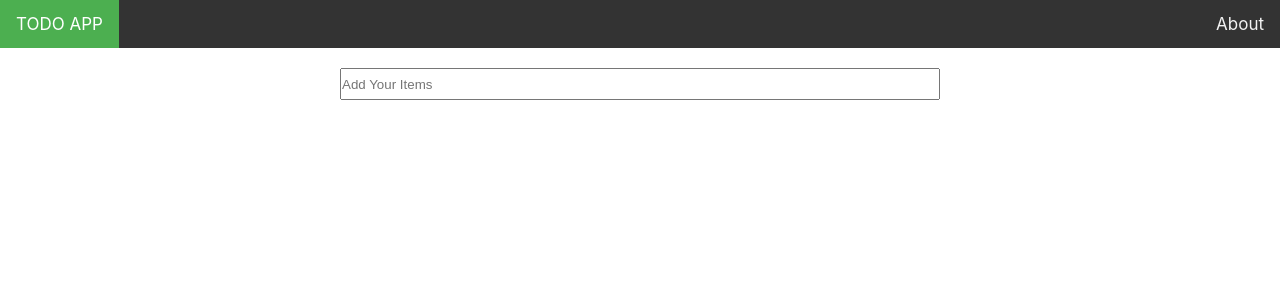
Repository: hoangphuong965/myTodoList
Page: /
An editor plug-in stored every save of this project. The page is shown before and after a run of saves, followed by the edit.
The browser window is 1280 px wide. The pictures show the whole page.
The project was rebuilt for these pictures with package versions that can differ from the ones it lists, and the page was loaded fresh each time. Also part of the build but not shown: src/components/TodoItems.js.

Above is the page before, as saved 2020-06-01 21:16:49.

### public/index.html
<!DOCTYPE html>
<html lang="en">
  <head>
    <meta charset="utf-8" />
    <link rel="icon" href="%PUBLIC_URL%/favicon.ico" />
    <meta name="viewport" content="width=device-width, initial-scale=1" />
    <meta name="theme-color" content="#000000" />
    <meta
      name="description"
      content="Web site created using create-react-app"
    />
    <link rel="apple-touch-icon" href="%PUBLIC_URL%/logo192.png" />
    <!--
      manifest.json provides metadata used when your web app is installed on a
      user's mobile device or desktop. See https://developers.google.com/web/fundamentals/web-app-manifest/
    -->
    <link rel="manifest" href="%PUBLIC_URL%/manifest.json" />
    <!--
      Notice the use of %PUBLIC_URL% in the tags above.
      It will be replaced with the URL of the `public` folder during the build.
      Only files inside the `public` folder can be referenced from the HTML.

      Unlike "/favicon.ico" or "favicon.ico", "%PUBLIC_URL%/favicon.ico" will
      work correctly both with client-side routing and a non-root public URL.
      Learn how to configure a non-root public URL by running `npm run build`.
    -->
    <title>React App</title>
    <link rel="stylesheet" href="https://maxcdn.bootstrapcdn.com/font-awesome/4.7.0/css/font-awesome.min.css">
  </head>
  <body>
    <noscript>You need to enable JavaScript to run this app.</noscript>
    <div id="root"></div>
    <!--
      This HTML file is a template.
      If you open it directly in the browser, you will see an empty page.

      You can add webfonts, meta tags, or analytics to this file.
      The build step will place the bundled scripts into the <body> tag.

      To begin the development, run `npm start` or `yarn start`.
      To create a production bundle, use `npm run build` or `yarn build`.
    -->
  </body>
</html>

### src/App.js
import React, { Component } from "react";
import Navbar from "./components/Navbar/Navbar";
import TodoInput from "./components/TodoInput";
import TodoList from "./components/TodoList";
import { v4 as uuidv4 } from "uuid";

import "./components/todo.css";

export default class App extends Component {
  state = {
    items: [],
    id: uuidv4(),
    item: "",
    editItem: false,
  };
  handleChange = (e) => {
    this.setState({
      item: e.target.value,
    });
  };
  handleSubmit = (e) => {
    e.preventDefault();
    const newItem = {
      id: this.state.id,
      title: this.state.item,
    };
    const updateItem = [...this.state.items, newItem];
    this.setState({
      items: updateItem,
      id: uuidv4(),
      item: "",
      editItem: false,
    });
  };
  handleDelete = (id) => {
    const deleteItem = this.state.items.filter((item) => item.id !== id);
    this.setState({
      items: deleteItem,
      id: uuidv4(),
      item: "",
      editItem: false,
    });
  };

  handleEdit = (id) => {
    const filterItem = this.state.items.filter((item) => item.id !== id);
    const selectItem = this.state.items.find((item) => item.id === id);
    this.setState({
      items: filterItem,
      id: uuidv4(),
      item: selectItem.title,
      editItem: true,
    });
  };

  render() {
    return (
      <div>
        <Navbar />
        <div className="container">
          <TodoInput
            item={this.state.item}
            id={this.state.id}
            handleChange={this.handleChange}
            handleSubmit={this.handleSubmit}
            handleEdit={this.handleEdit}
          />
          <TodoList
            items={this.state.items}
            handleEdit={this.handleEdit}
            handleDelete={this.handleDelete}
          />
        </div>
      </div>
    );
  }
}

### src/components/Navbar/Navbar.js
import React, { Component } from "react";
import "./navbar.css";

export default class Navbar extends Component {
  render() {
    return (
      <div className="topnav">
        <a className="active" href="#home">
          TODO APP
        </a>
        <a href="#about">About</a>
      </div>
    );
  }
}

### src/components/TodoInput.js
import React, { Component } from "react";

export default class TodoInput extends Component {

  render() {
    const { item, handleChange, handleSubmit } = this.props;
    return (
      <div className="input">
        <form className="form" onSubmit={handleSubmit}>
          <span>
            <input
              type="text"
              className="input"
              placeholder="Add Your Items"
              value={item}
              onChange={handleChange}
            />
          </span>
        </form>
      </div>
    );
  }
}

### src/components/TodoList.js
import React, { Component } from "react";
import TodoItems from "./TodoItems";

export default class TodoList extends Component {
  render() {
    const { items, handleEdit, handleDelete } = this.props;
    return (
      <div>
        <ul className="list">
          {items.map((item) => {
            return (
              <TodoItems
                key={item.id}
                title={item.title}
                handleEdit={() => handleEdit(item.id)}
                handleDelete={() => handleDelete(item.id)}
              />
            );
          })}
        </ul>
      </div>
    );
  }
}

### src/components/todo.css
*{
    margin: 0;
    padding: 0;
    box-sizing: border-box;
}

.container{
    margin: 0 auto;
    width: 600px;
}

.input{
    width: 600px;
    height: 2rem;
    margin: 10px 0px 0px 0px;

}

.list{
    margin: 2.5rem 0 0 0;
}

.item{
    margin: 10px 0 0 0;
    padding: 5px;
}

.item_li{
    list-style: none;
    display: flex;
    justify-content: space-between;
}

.pen{
    margin: 2rem;
}

### src/components/Navbar/navbar.css
/* Add a black background color to the top navigation */
.topnav {
    background-color: #333;
    overflow: hidden;
    display: flex;
    justify-content: space-between;
  }

  /* Style the links inside the navigation bar */
  .topnav a {
    color: #f2f2f2;
    text-align: center;
    padding: 14px 16px;
    text-decoration: none;
    font-size: 17px;
    transition: all 0.3s linear;
  }

  /* Change the color of links on hover */
  .topnav a:hover {
    background-color: #ddd;
    color: black;
  }

  /* Add a color to the active/current link */
  .topnav a.active {
    background-color: #4CAF50;
    color: white;
  }

Loaded but not shown: src/index.js (common file); src/index.css (common file); src/serviceWorker.js (common file)

After the next 2 saves:
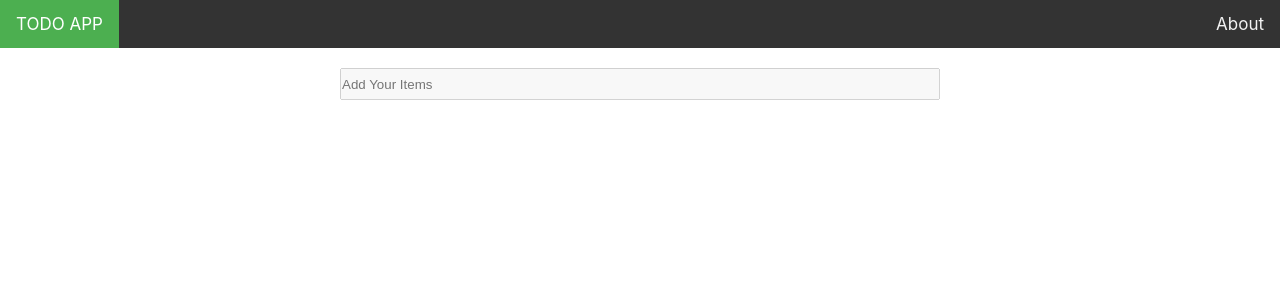
The 2 saves are shown as one change because they came seconds apart.
The last was saved 13 s later.
--- a/src/components/TodoInput.js
+++ b/src/components/TodoInput.js
@@ -14,6 +14,7 @@
               placeholder="Add Your Items"
               value={item}
               onChange={handleChange}
+              disabled
             />
           </span>
         </form>

After the save that followed:
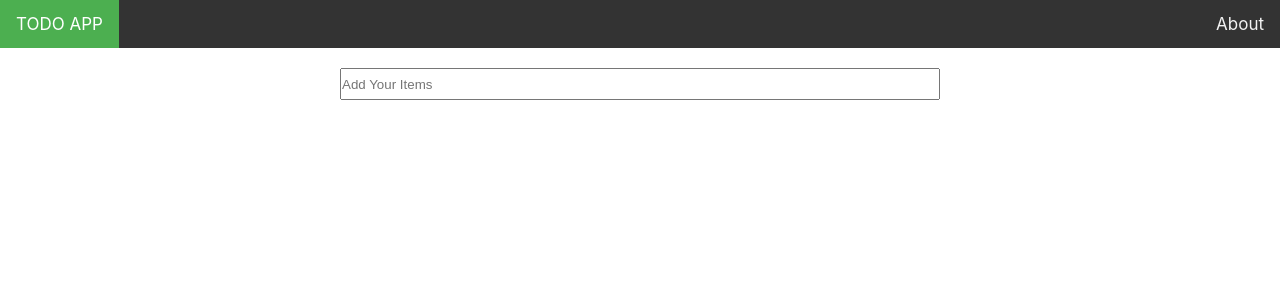
Saved 6 s later.
--- a/src/components/TodoInput.js
+++ b/src/components/TodoInput.js
@@ -14,7 +14,7 @@
               placeholder="Add Your Items"
               value={item}
               onChange={handleChange}
-              disabled
+              disable={this.disable}
             />
           </span>
         </form>
